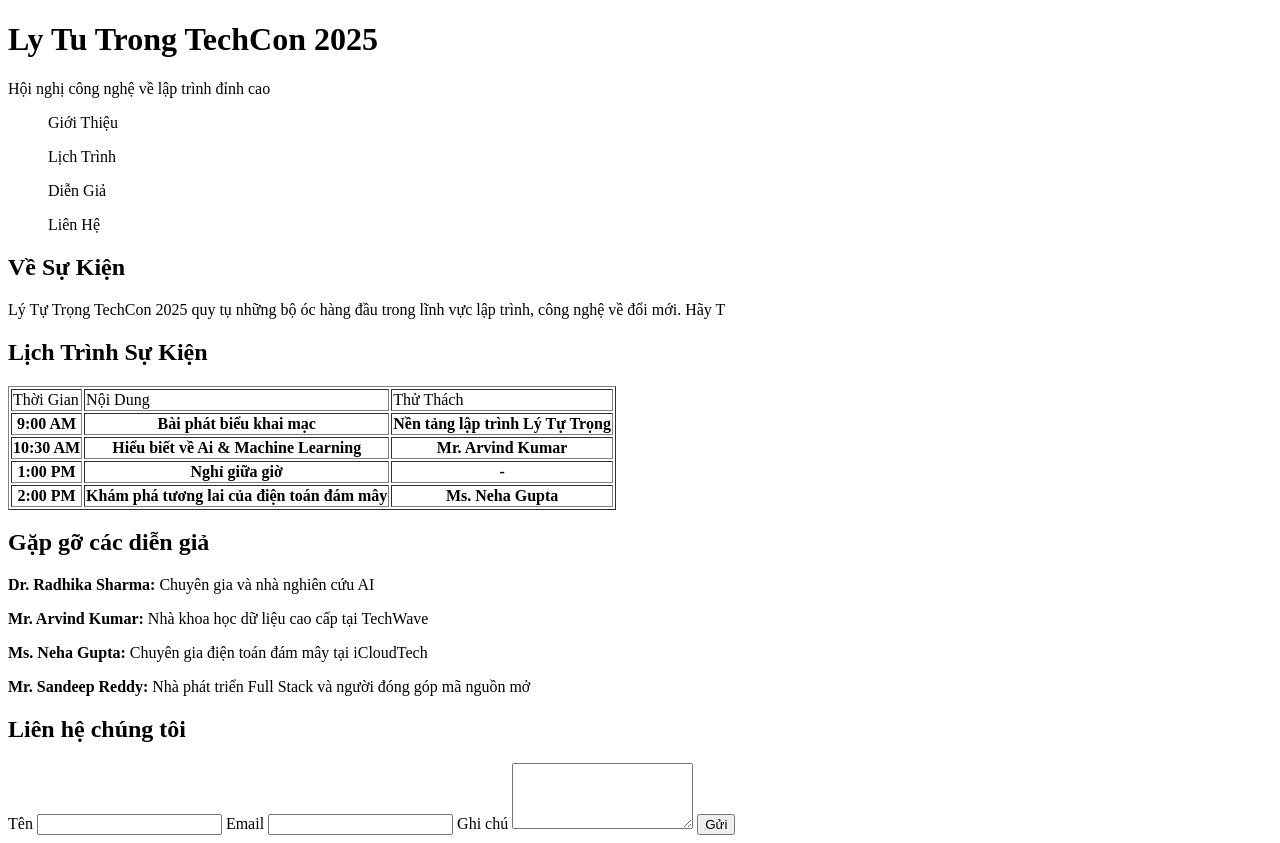
Repository: NhatMinh121/BaiTapVeNha1
Page: index.html
An editor plug-in stored every save of this project. The page is shown before and after the next save, followed by the edit.
The browser window is 1280 px wide. The pictures show the whole page.

Above is the page before, as saved 2025-03-28 22:36:57.

After the next save:
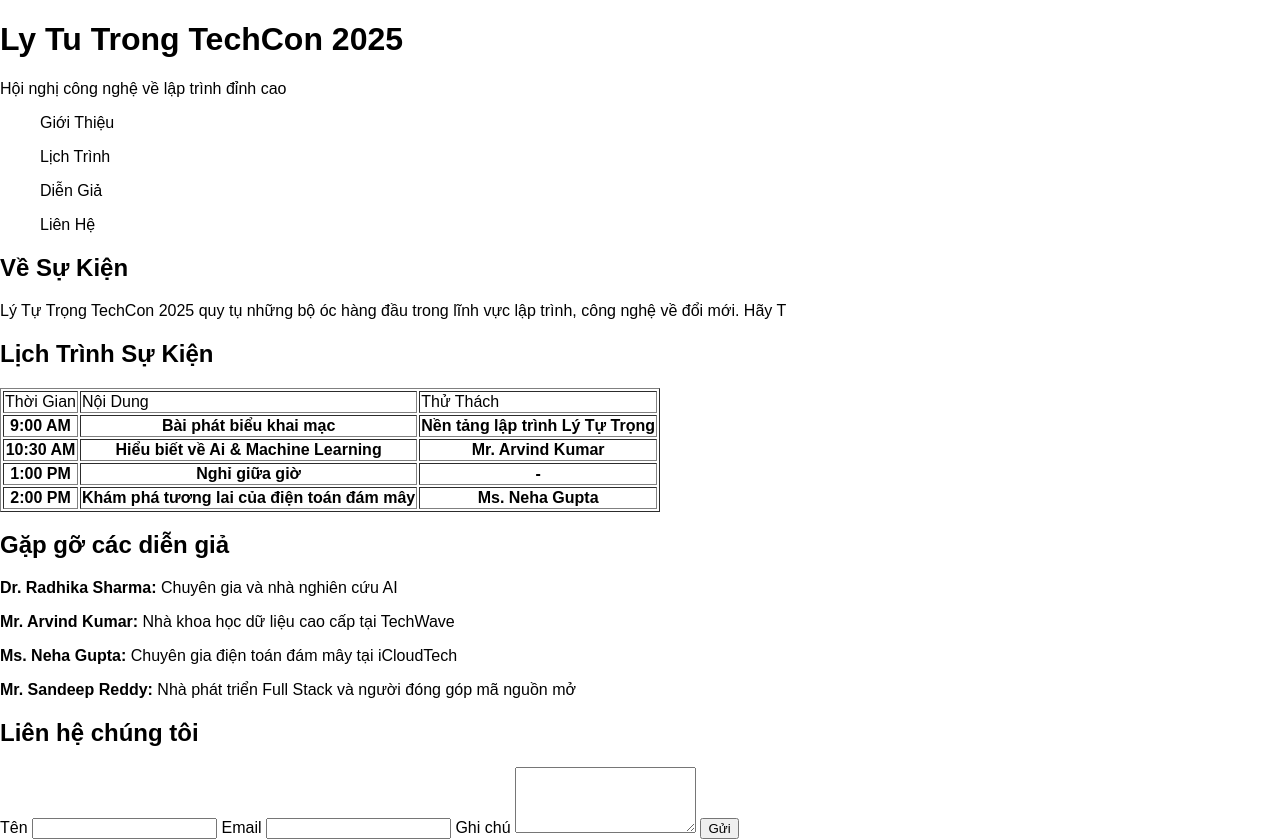
Saved 11 s later.
--- a/style.css
+++ b/style.css
@@ -1,4 +1,4 @@
-{
+body {
     margin: 0;
     padding: 0;
     box-sizing: border-box;
